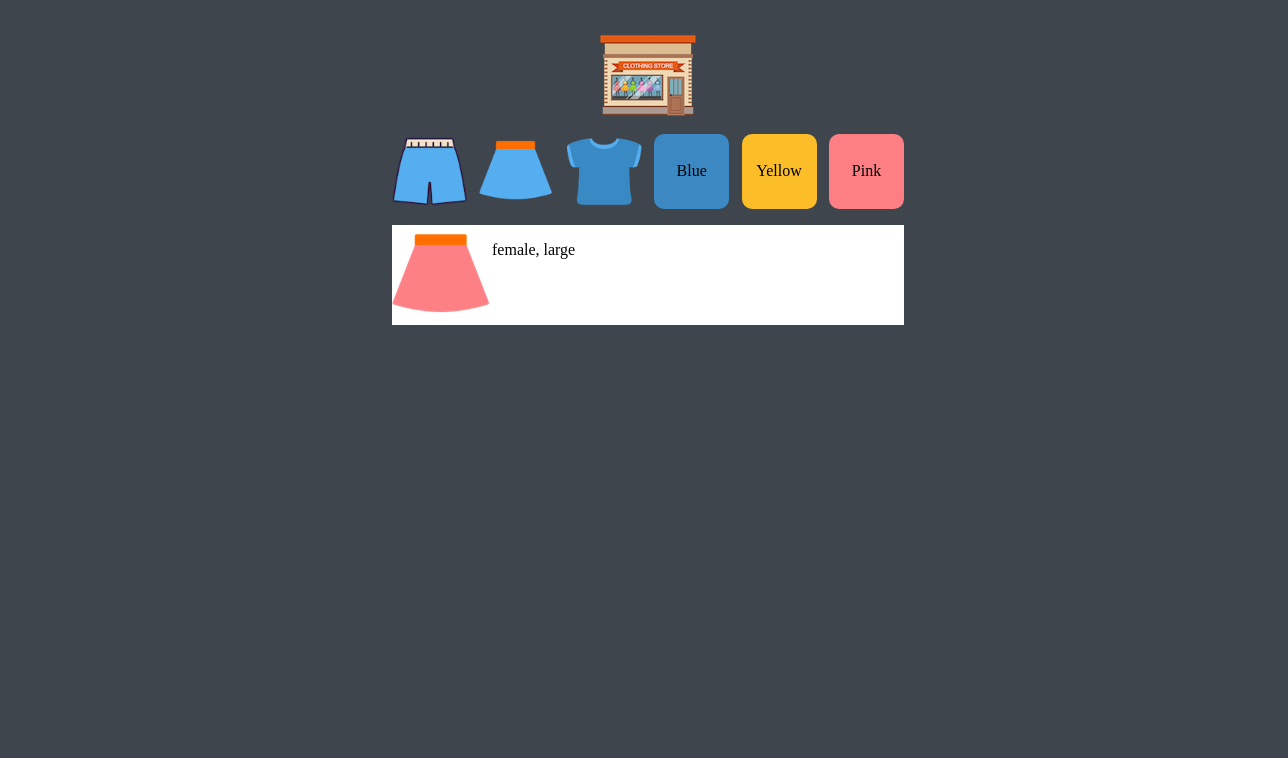
Repository: Jay-JYKim91/elle-shopping-mall
Page: index.html
An editor plug-in stored every save of this project. The page is shown before and after the next save, followed by the edit.
The browser window is 1280 px wide. The page is 1288 px wide, so the pictures cover 1288 px, including what lies to the right of the window. The pictures show the whole page.

Above is the page before, as saved 2021-07-26 19:40:08.

After the next save:
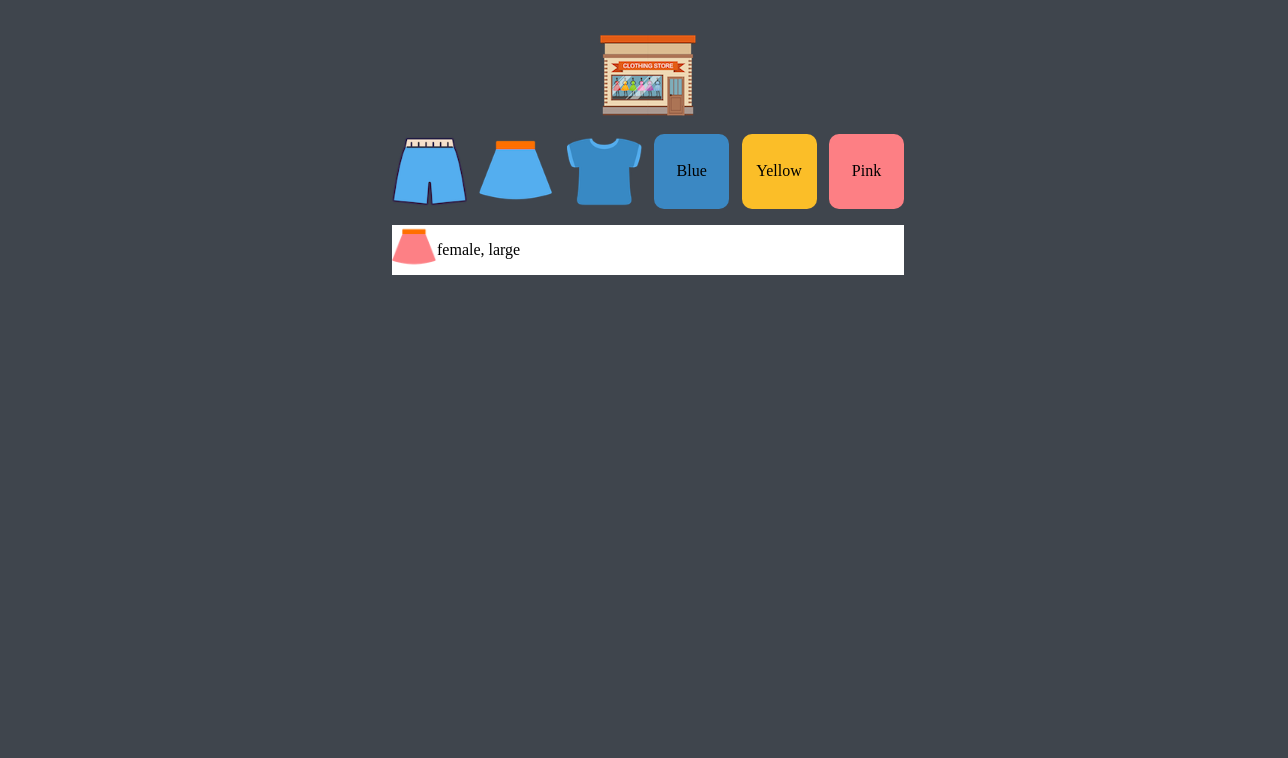
Saved 19 s later.
--- a/style.css
+++ b/style.css
@@ -62,3 +62,7 @@ ul {
   padding: 0;
   display: flex;
 }
+.list img {
+  width: 45px;
+  height: 45px;
+}
